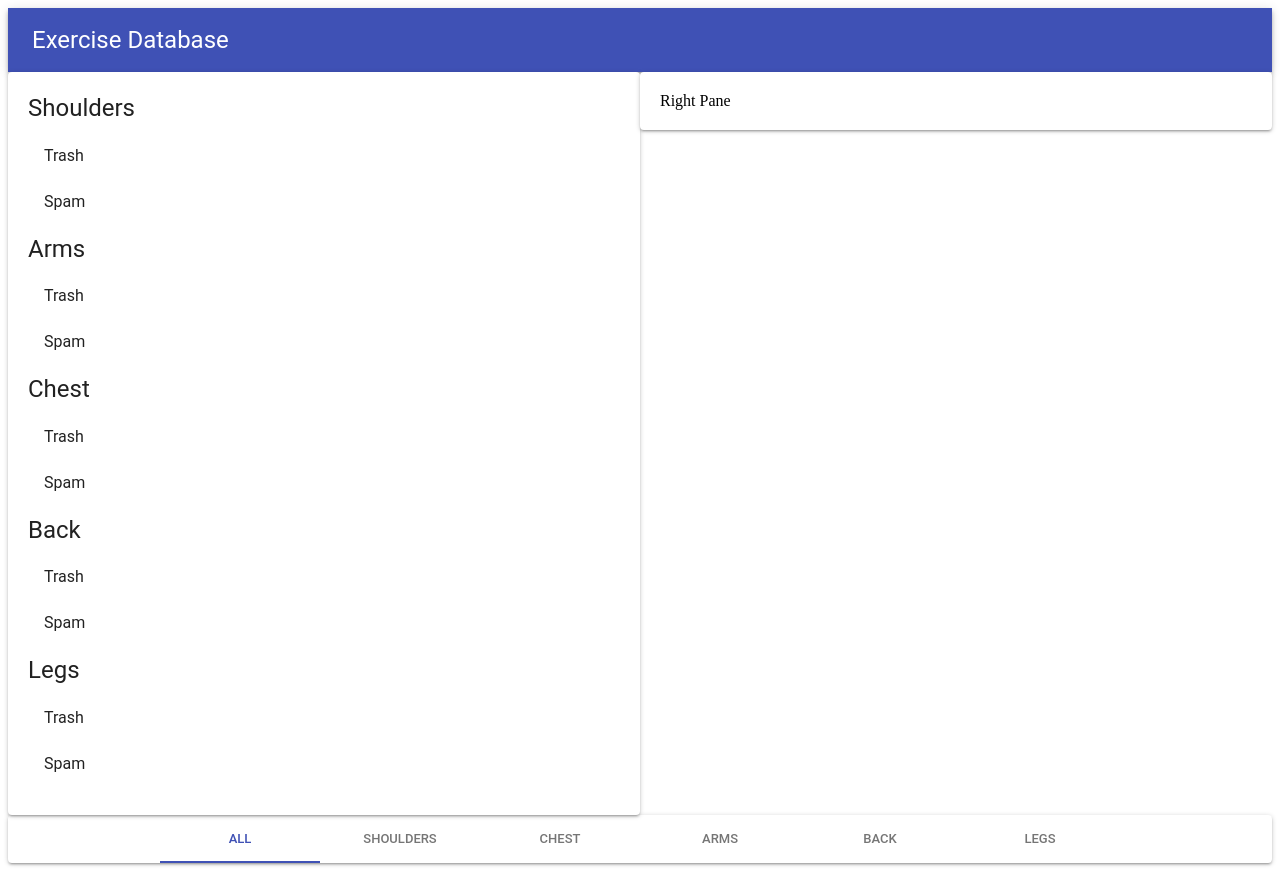
Repository: Votex874/material-ui
Page: /
The author's editor kept a copy of each file at every save. The page is drawn from the files as they stood at one save, then again after the next save.
The browser window is 1280 px wide. The pictures show the whole page.
The project was rebuilt for these pictures with package versions that can differ from the ones it lists, and the page was loaded fresh each time. Also part of the build but not shown: src/Components/Exercises/LeftPane.js, src/Components/Exercises/RightPane.js.

Above is the page before, as saved 2019-03-24 13:04:21.

After the next save:
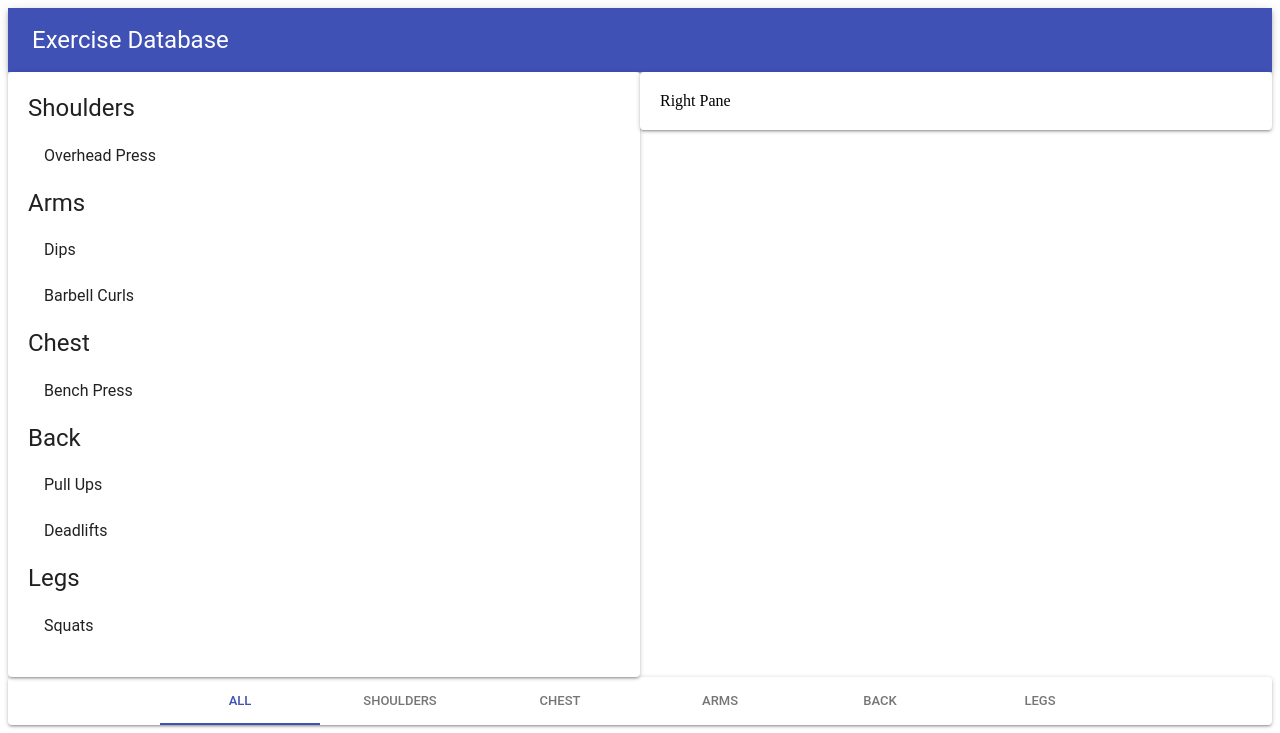
Saved 73 s later.
--- a/src/Components/Exercises/index.js
+++ b/src/Components/Exercises/index.js
@@ -24,13 +24,14 @@ export default ({ exercises }) =>
               >
                 {group}
               </Typography>
-              <List  component="nav" >
-                <ListItem button>
-                  <ListItemText primary="Trash" />
-                </ListItem>
-                <ListItem href="#simple-list">
-                  <ListItemText primary="Spam" />
-                </ListItem>
+              <List component="ul" >
+                {exercises.map(({ title }) => {
+                  return (
+                    <ListItem button>
+                      <ListItemText primary={title} />
+                    </ListItem>
+                  )
+                })}
               </List>
             </Fragment>
           )
